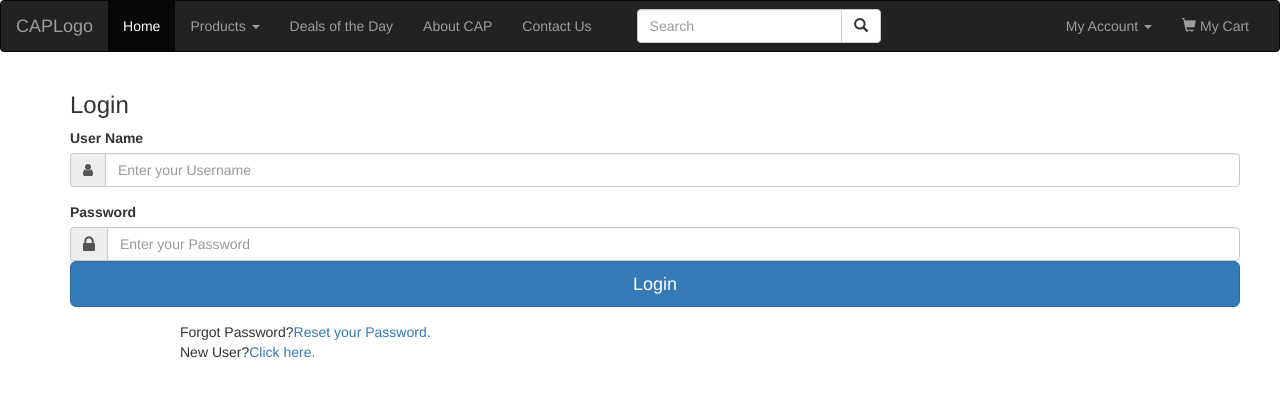
Repository: Guru-Raghavendran/CoinsAndPapers_webapp
Page: http://localhost/FrontEnd/WEB-INF/views/Login.jsp
These files come from the project's save history. The page is drawn as it stood at one moment and after the next save; the edit follows.
The browser window is 1280 px wide. The pictures show the whole page.
Some web fonts or font styles are not loaded; a fallback is used. Some web libraries are served in a nearby version. The page is served by Tomcat 9. Nobody is signed in. Other server files are loaded and not shown. The template is opened directly, without the code that normally fills it, so the values that code supplies are empty.

Above is the page before, as saved 2018-04-16 08:03:34.

### FrontEnd/src/main/webapp/WEB-INF/views/Login.jsp
<!DOCTYPE html>
<html>
<head>
<title>Login to CAP account</title>

<!-- Latest compiled and minified CSS -->
<link rel="stylesheet"
	href="https://maxcdn.bootstrapcdn.com/bootstrap/3.3.7/css/bootstrap.min.css">
<!-- jQuery library -->
<script
	src="https://ajax.googleapis.com/ajax/libs/jquery/3.3.1/jquery.min.js"></script>
<!-- Latest compiled JavaScript -->
<script
	src="https://maxcdn.bootstrapcdn.com/bootstrap/3.3.7/js/bootstrap.min.js"></script>
<!-- Website Font style -->
<link rel="stylesheet"
	href="https://maxcdn.bootstrapcdn.com/font-awesome/4.6.1/css/font-awesome.min.css">
<!-- Google Fonts -->
<link href='https://fonts.googleapis.com/css?family=Passion+One'
	rel='stylesheet' type='text/css'>
<link href='https://fonts.googleapis.com/css?family=Oxygen'
	rel='stylesheet' type='text/css'>
<style>
</style>
</head>

<body>

	<%@include file="NavBar.jsp" %>

	<div class="container">
		<div class="contentSection"><!--  style="display: flex; -->
			<div class="registerForm1"></div>
			<div class="loginForm">
				<div class="container">
				<div class="row">
		<!-- <div class="col-md-4 col-md-offset-4 text-center"> -->
					<h3>Login</h3>
					<form class="" method="post" action="#">

						<div class="form-group">
							<label for="username" class="cols-sm-2 control-label">User Name</label>
							<div class="cols-sm-10">
								<div class="input-group">
									<span class="input-group-addon"><i class="fa fa-user fa"
										aria-hidden="true"></i></span> <input type="text"
										class="form-control" name="username" id="username"
										placeholder="Enter your Username" />
								</div>
							</div>
						</div>

						<div class="form-group">
							<label for="password" class="cols-sm-2 control-label">Password</label>
							<div class="cols-sm-10">
								<div class="input-group">
									<span class="input-group-addon"><i
										class="fa fa-lock fa-lg" aria-hidden="true"></i></span> <input
										type="password" class="form-control" name="password"
										id="password" placeholder="Enter your Password" />
								</div>
							</div>
						<!-- </div> -->

						<div class="form-group ">
							<a href="" target="_blank" type="button" id="button"
								class="btn btn-primary btn-lg btn-block login-button">Login</a>
						</div>
					</form>
					<span style="padding-left: 110px">Forgot Password?<a
						href="reset">Reset your Password.</a></span> <br> <span
						style="padding-left: 110px">New User?<a href="SignUp">Click
							here.</a></span>

				</div>
			</div>
			</div>
			</div>
			<div class="registerForm2"></div>
		</div>
	</div>

</body>
</html>

### FrontEnd/src/main/webapp/WEB-INF/views/NavBar.jsp
<%@page isELIgnored="false" %>
     <%@taglib uri="http://java.sun.com/jsp/jstl/core" prefix="c"%>
     <%@taglib uri="http://www.springframework.org/tags/form" prefix="form"%>
<!DOCTYPE html>
<html>
<head>
<meta http-equiv="Content-Type" content="text/html; charset=ISO-8859-1">

</head>
<body>

	<nav class="navbar navbar-inverse">
		<div class="container-fluid">
			<div class="navbar-header">
				<button type="button" class="navbar-toggle" data-toggle="collapse"
					data-target="#myNavbar">
					<span class="icon-bar"></span> <span class="icon-bar"></span> <span
						class="icon-bar"></span>
				</button>
				<a class="navbar-brand" href="#">CAPLogo</a>
			</div>
			<div class="collapse navbar-collapse" id="myNavbar">
				<ul class="nav navbar-nav">
					<li class="active"><a href=" ">Home</a></li>

					<li class="dropdown"><a class="dropdown-toggle"
						data-toggle="dropdown" href="#">Products <span class="caret"></span></a>
						<ul class="dropdown-menu">
							<li class="dropdown-header">Coins</li>
							<li><a href="#">Indian New Coins</a></li>
							<li><a href="#">Indian Ancient Coins</a></li>
							<li><a href="#">Foreign New Coins</a></li>
							<li><a href="#">Foreign Ancient Coins</a></li>
							<li class="divider"></li>
							<li class="dropdown-header">Stamps</li>
							<li><a href="#">Indian New Stamps</a></li>
							<li><a href="#">Indian Ancient Stamps</a></li>
							<li><a href="#">Foreign New Stamps</a></li>
							<li><a href="#">Foreign Ancient Stamps</a></li>
						</ul></li>


					<li><a href="#">Deals of the Day</a></li>
					<li><a href="AboutUs">About CAP</a></li>
					<li><a href="ContactUs">Contact Us</a></li>
					</ul>
					<div class="col-sm-3 col-md-3">
        <form class="navbar-form " role="search">
        <div class="input-group">
            <input type="text" class="form-control" placeholder="Search" name="q">
            <div class="input-group-btn" >
                <button class="btn btn-default" type="submit"><i class="glyphicon glyphicon-search"></i></button>
            </div>
        </div>
        </form>
    </div>

				<ul class="nav navbar-nav navbar-right">

					<li class="dropdown"><a class="dropdown-toggle"
						data-toggle="dropdown" href="#">My Account <span class="caret"></span></a>
						<ul class="dropdown-menu">


							<li><a href="Login"><span
									class="glyphicon glyphicon-user"></span> Login</a></li>
							<li><a href="SignUp"><span
									class="glyphicon glyphicon-user"></span> Sign Up</a></li>
						</ul></li>
					<li><a href="#"><span
							class="glyphicon glyphicon-shopping-cart"></span> My Cart</a></li>
				</ul>
			</div>
		</div>
	</nav>




</body>
</html>

After the next save:
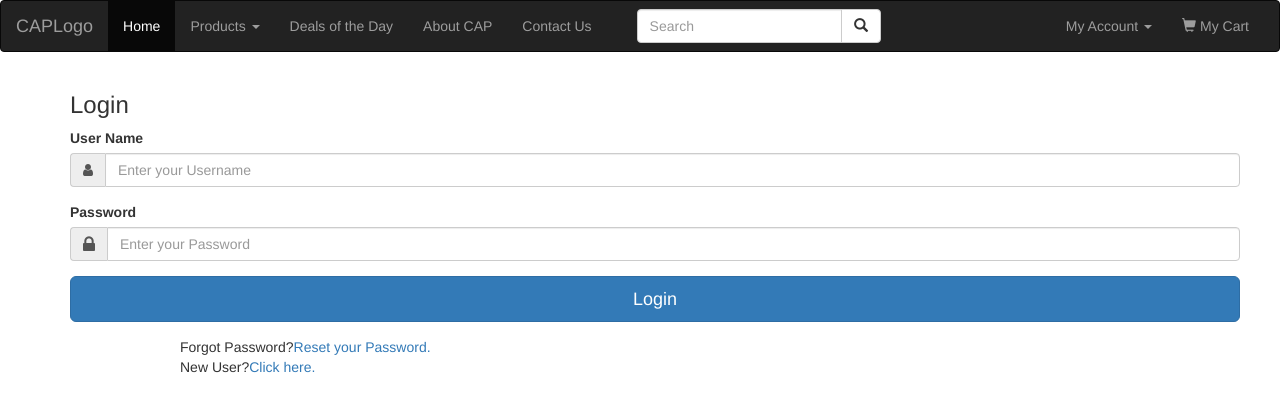
Saved 11 s later.
--- a/FrontEnd/src/main/webapp/WEB-INF/views/Login.jsp
+++ b/FrontEnd/src/main/webapp/WEB-INF/views/Login.jsp
@@ -60,7 +60,7 @@
 										id="password" placeholder="Enter your Password" />
 								</div>
 							</div>
-						<!-- </div> -->
+						</div>
 
 						<div class="form-group ">
 							<a href="" target="_blank" type="button" id="button"
@@ -78,7 +78,7 @@
 			</div>
 			<div class="registerForm2"></div>
 		</div>
-	</div>
+	<!-- </div> -->
 
 </body>
 </html>
